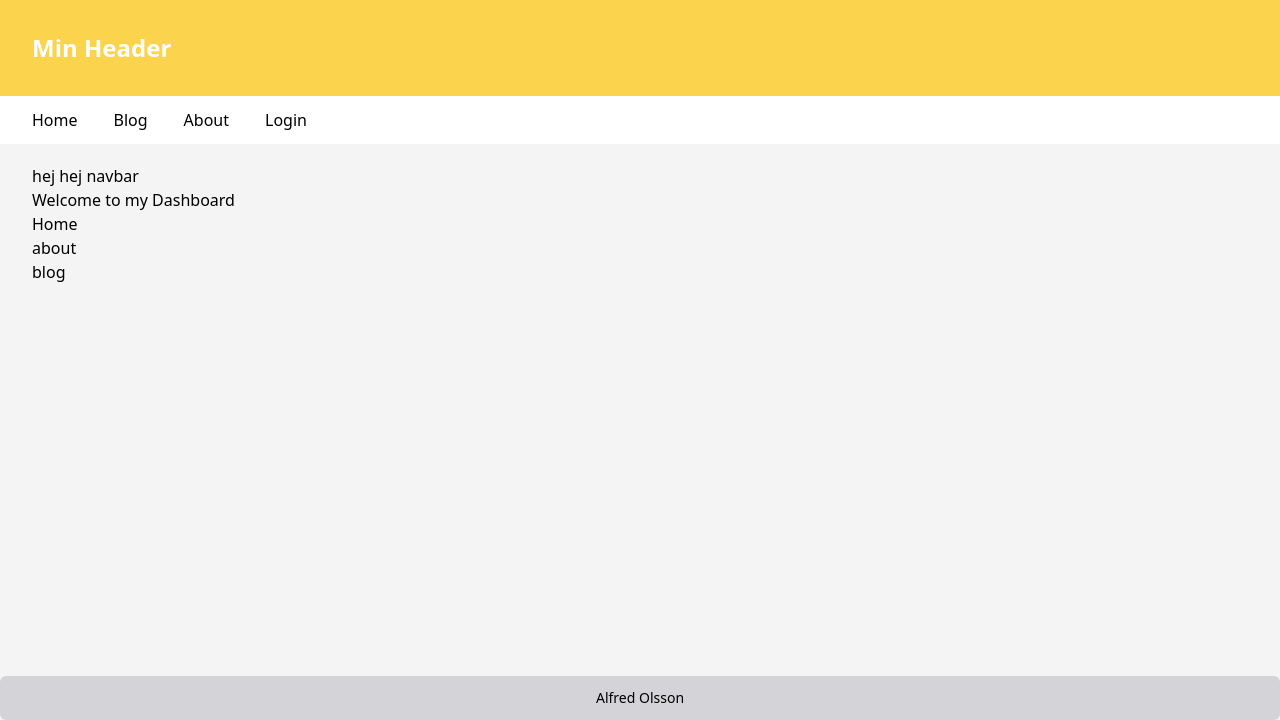
Repository: AlligatorAffe/NextWebsite
Page: /dashboard
The author's editor kept a copy of each file at every save. The page is drawn from the files as they stood at one save, then again after the next save.
The browser window is 1280 px wide. The pictures show the whole page.
The project was rebuilt for these pictures with package versions that can differ from the ones it lists, and the page was loaded fresh each time. The framework's server and built-in components were replaced by stand-ins that run in the browser. Also part of the build but not shown: next.config.js.

Above is the page before, as saved 2024-01-04 22:14:31.

After the next save:
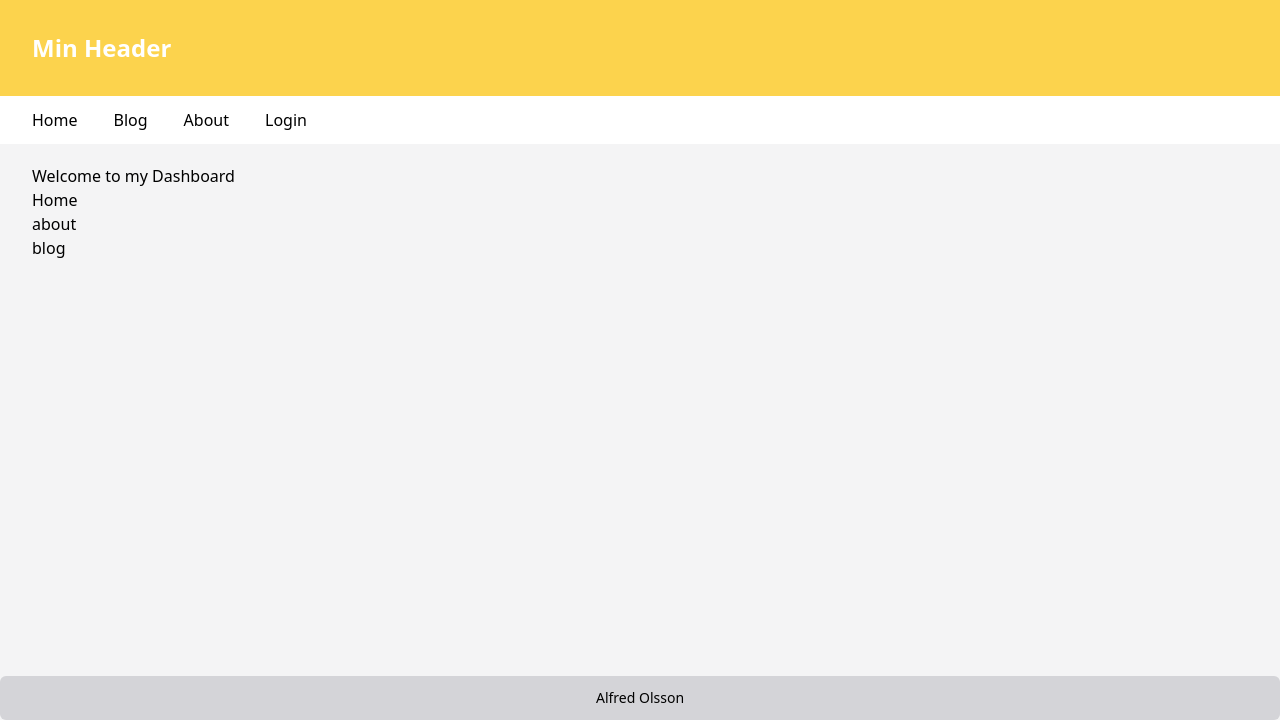
Saved 9 s later.
--- a/app/dashboard/layout.tsx
+++ b/app/dashboard/layout.tsx
@@ -9,7 +9,7 @@ export default function DashboardLayout({
     return (
       <section>
         {/* Include shared UI here e.g. a header or sidebar */}
-        <nav> hej hej navbar</nav>
+
 
         {children}
       </section>
